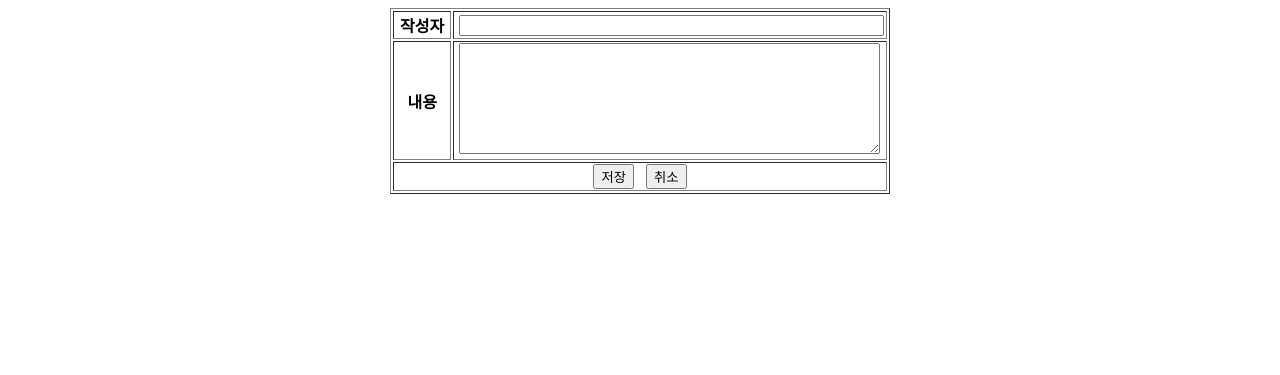
Repository: jiyeonjeon01/JSPStudy
Page: jspStudy/src/main/webapp/member/register.html
The author's editor kept a copy of each file at every save. The page is drawn from the files as they stood at one save, then again after the next save.
The browser window is 1280 px wide. The pictures show the whole page.

Above is the page before, as saved 2024-12-03 07:43:27.

After the next save:
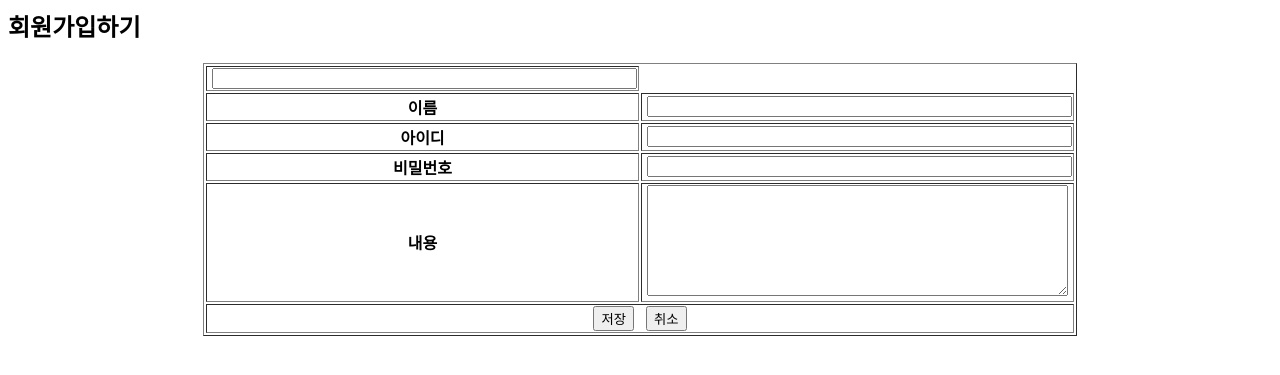
Saved 9 min 35 s later.
--- a/jspStudy/src/main/webapp/member/register.html
+++ b/jspStudy/src/main/webapp/member/register.html
@@ -9,7 +9,28 @@
       <table align="center" width="500" border="1">
 
         <tr>
-            <th width="70">작성자</th>
+            <h2>회원가입하기</h2>
+        <td width="430">
+          &nbsp;<input type="text" name="writer" size="50">
+        </td>
+        </tr>
+
+        <tr>
+            <th width="70">이름</th>
+        <td width="430">
+          &nbsp;<input type="text" name="writer" size="50">
+        </td>
+        </tr>
+
+        <tr>
+            <th width="70">아이디</th>
+        <td width="430">
+          &nbsp;<input type="text" name="writer" size="50">
+        </td>
+        </tr>
+
+        <tr>
+            <th width="70">비밀번호</th>
         <td width="430">
           &nbsp;<input type="text" name="writer" size="50">
         </td>
